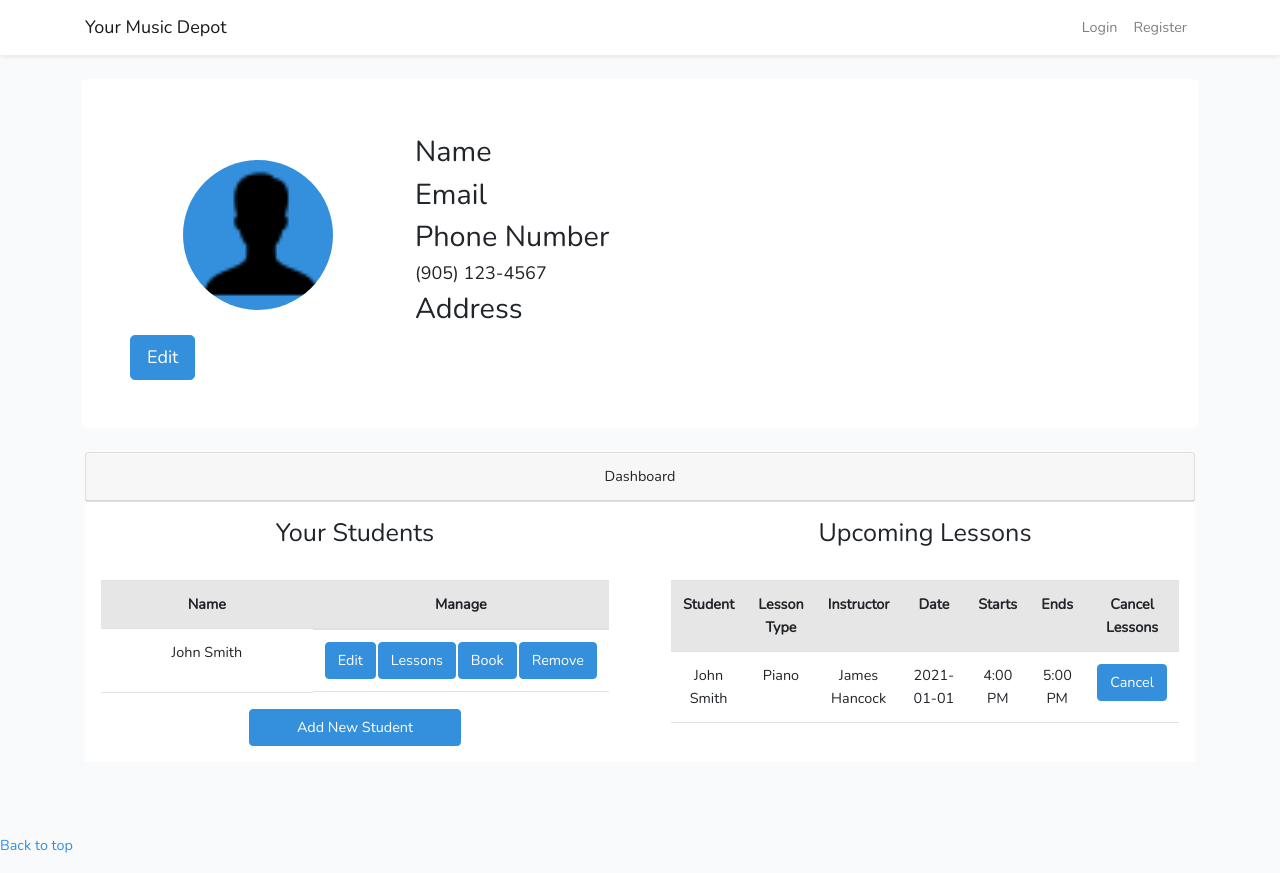
Repository: DBAS6206-Fall2021/your_music_depot
Page: resources/views/users/show.blade.php
An editor plug-in stored every save of this project. The page is shown before and after the next save, followed by the edit.
The browser window is 1280 px wide. The pictures show the whole page.
The page is served by the project's Laravel application, run on PHP 8.4 with Laravel 8. The template is opened directly, without the code that normally fills it, so the values that code supplies are empty.

Above is the page before, as saved 2021-12-06 11:22:15.

After the next save:
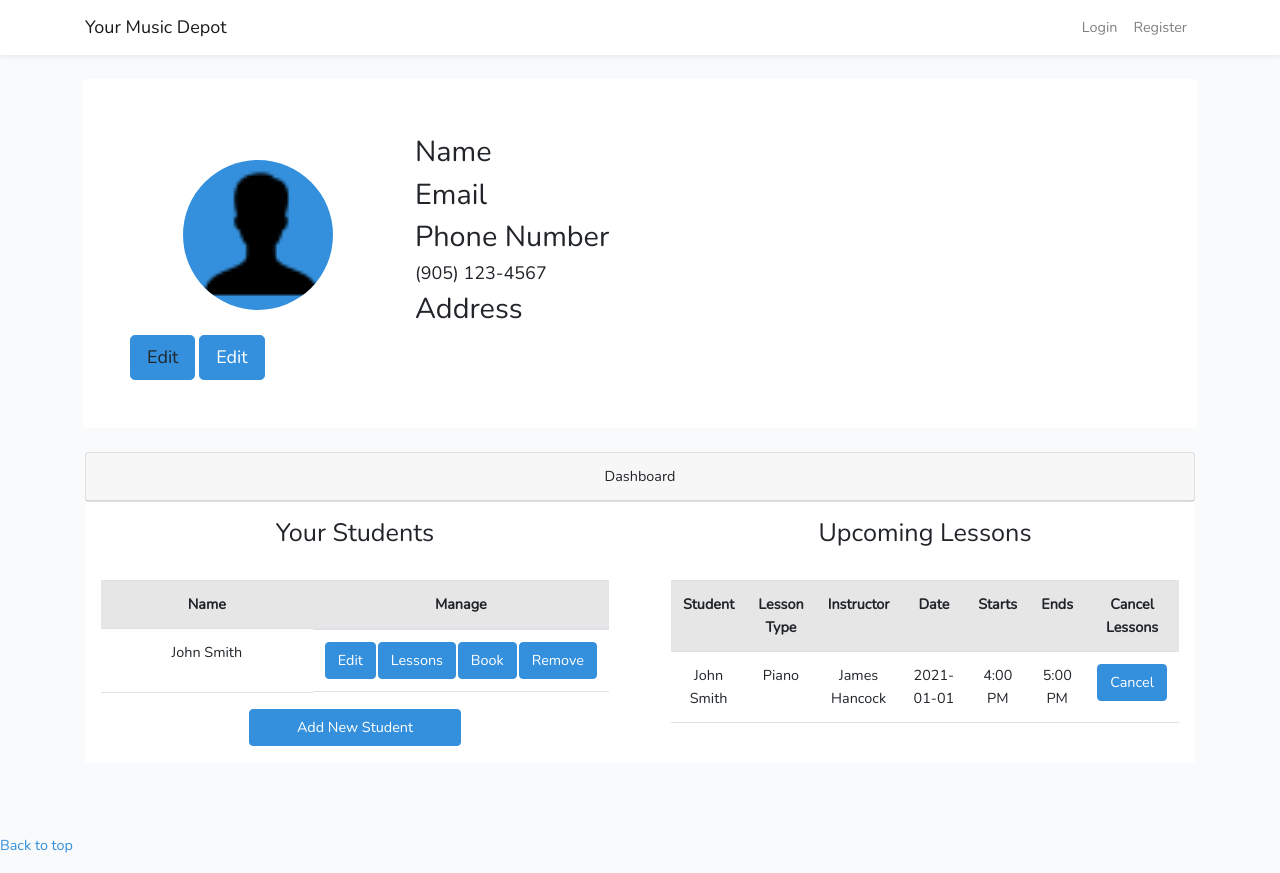
Saved 3 min 50 s later.
--- a/resources/views/shared/banner.blade.php
+++ b/resources/views/shared/banner.blade.php
@@ -24,6 +24,7 @@
                 </div>
             </div>
         </div>
+        <a class="btn btn-primary btn-lg">Edit</a>
         <button class="btn btn-primary btn-lg" type="button">Edit</button>
     </div>
 </div>
